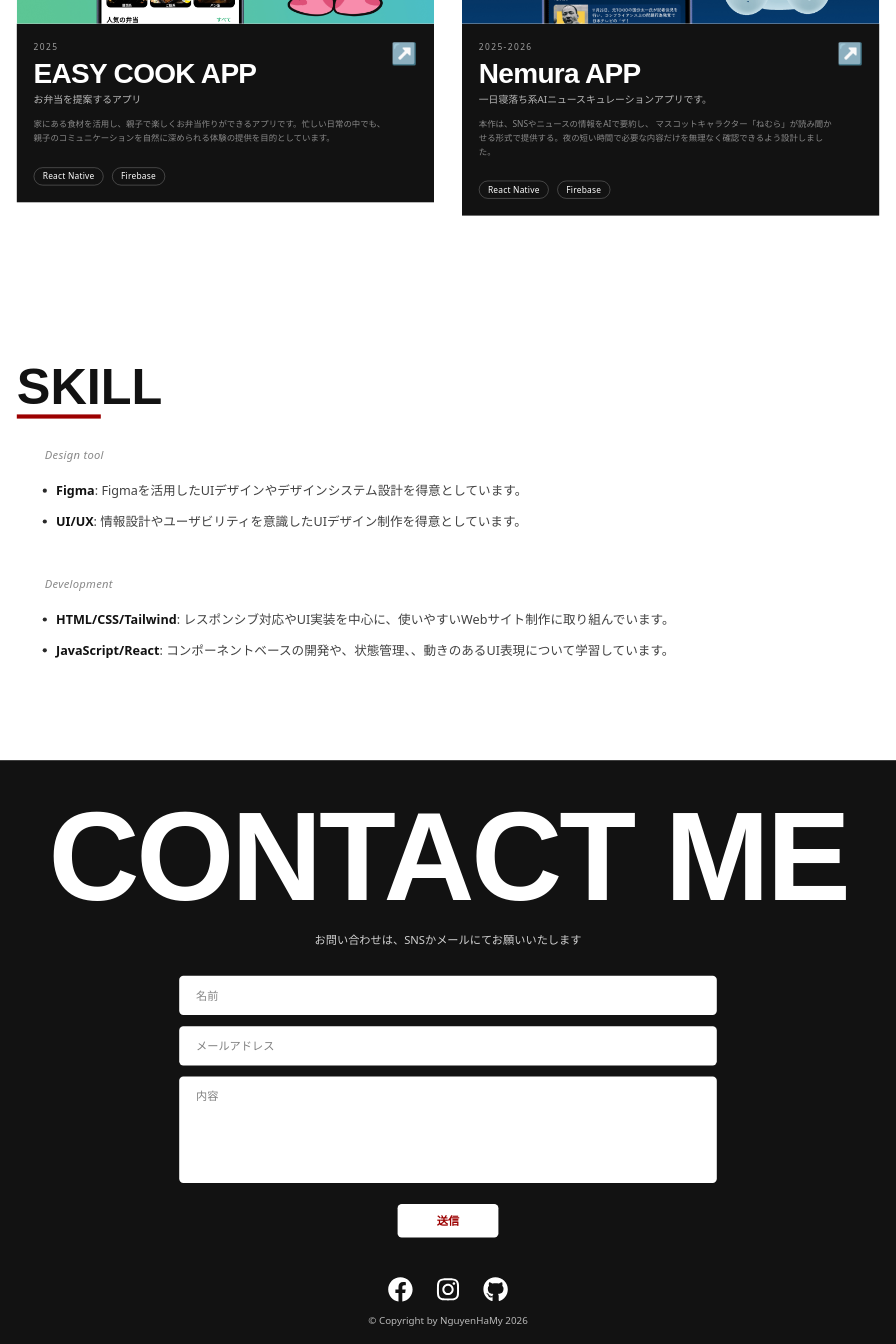
Repository: meme2603/Portfolio-HaMy
Page: / (app in my-portfolio/)
These files come from the project's save history. The page is drawn as it stood at one moment and after the next save; the edit follows.
The browser window is 1280 px wide. The pictures show the part of the page from y = 4290 to 6210 px (the page is 6210 px tall), at 70% of full size.
Some web fonts or font styles are not loaded; a fallback is used. The project was rebuilt for these pictures with package versions that can differ from the ones it lists, and the page was loaded fresh each time. Also part of the build but not shown: my-portfolio/vite.config.js.

Above is the page before, as saved 2026-06-01 16:38:33.

### my-portfolio/index.html
<!doctype html>
<html lang="ja">
  <head>
    <meta charset="UTF-8" />

    <link rel="icon" type="image/png" href="/memex2.png" />
    <meta name="viewport" content="width=device-width, initial-scale=1.0" />
    <title>My Portfolio</title>
    <link rel="preconnect" href="https://fonts.googleapis.com" />
    <link rel="preconnect" href="https://fonts.gstatic.com" crossorigin />
    <link
      href="https://fonts.googleapis.com/css2?family=Akshar:wght@300..700&family=Poppins:wght@300;400;600;700&display=swap"
      rel="stylesheet"
    />
  </head>
  <body>
    <div id="root"></div>

    <script type="module" src="/src/main.jsx"></script>
  </body>
</html>

### my-portfolio/src/main.jsx
import React from "react";
import ReactDOM from "react-dom/client";
import App from "./App";
import "./index.css";

ReactDOM.createRoot(document.getElementById("root")).render(
  <React.StrictMode>
    <App />
  </React.StrictMode>,
);

### my-portfolio/src/App.jsx
import { BrowserRouter as Router, Routes, Route } from "react-router-dom";

import Header from "./components/Header";
import Hero from "./components/Hero";
import About from "./components/About";
import Projects from "./components/Projects";
import Skills from "./components/Skills";
import Contact from "./components/Contact";
function Home() {
  return (
    <>
      <Hero />
      <About />
      <Projects />
      <Skills />
      <Contact />
    </>
  );
}

// 3. Tạo tạm một cái Placeholder để test xem trang chi tiết có chạy khum
function ProjectDetailPlaceholder() {
  return (
    <div className="w-full min-h-screen bg-black text-white flex flex-col items-center justify-center font-akshar pt-24">
      <h1 className="text-4xl md:text-7xl font-bold tracking-[0.2em] mb-4">
        PROJECT DETAIL
      </h1>
      <p className="text-white/60 mb-8 font-light">
        Trang chi tiết dự án của Mini đang được kết nối...
      </p>
      <a
        href="/"
        className="text-red-500 underline text-sm tracking-wider uppercase"
      >
        ← Back to home
      </a>
    </div>
  );
}

function App() {
  return (
    // 4. Bọc thẻ Router ngoài cùng để làm "vũ trụ" định tuyến
    <Router>
      <div className="App">
        {/* Header nằm ngoài Routes để trang nào cũng hiển thị nó */}
        <Header />

        {/* Routes điều hướng: Ở trang nào thì lôi component đó ra */}
        <Routes>
          {/* Khi ở đường dẫn mặc định "/", hiển thị toàn bộ trang chủ */}
          <Route path="/" element={<Home />} />

          {/* Khi click vào project, nhảy sang trang chi tiết tạm thời này */}
          <Route path="/project/:id" element={<ProjectDetailPlaceholder />} />
        </Routes>
      </div>
    </Router>
  );
}

export default App;

### my-portfolio/src/index.css
@import "tailwindcss";
@theme {
  --color-primary: #9c0000;
  --color-background: #fff;
  --color-font: #121212;

  --opacity-overlay: 0.65;
  --opacity-glass: 0.1;

  --font-poppins: "Poppins", sans-serif;
  --font-akshar: "Akshar", sans-serif;
}
html {
  scroll-behavior: smooth;
}

### my-portfolio/src/components/Header.jsx
import { useState } from "react";
function MenuItem({ text }) {
  return (
    <li>
      <a
        href={`#${text.toLowerCase()}`}
        className="text-primary text-xl relative group transition-colors"
      >
        {text}
        <span
          className="
            absolute left-0 -bottom-[4px] w-0 h-[1px] bg-primary
            transition-all duration-300 group-hover:w-full
          "
        ></span>
      </a>
    </li>
  );
}

function Header() {
  const [isOpen, setIsOpen] = useState(false);
  const menuItems = ["About", "Projects", "Contact"];
  return (
    <header className="fixed top-0 left-0 w-full h-24 bg-background border-b border-gray-300 z-60">
      <div className="max-w-7xl mx-auto h-full px-6 flex justify-between items-center">
        <div className="shrink-0">
          <a
            href="/"
            className="text-4xl text-primary font-semibold font-akshar"
          >
            HA MY
          </a>
        </div>

        <nav className="hidden lg:block">
          <ul className="flex space-x-10">
            {menuItems.map((item) => (
              <MenuItem key={item} text={item} />
            ))}
          </ul>
        </nav>

        <button
          onClick={() => setIsOpen(!isOpen)}
          className="block lg:hidden text-primary focus:outline-none z-50"
          aria-label="Menu"
        >
          <svg
            xmlns="http://www.w3.org/2000/svg"
            className="h-8 w-8"
            fill="none"
            viewBox="0 0 24 24"
            stroke="currentColor"
          >
            <path
              strokeLinecap="round"
              strokeLinejoin="round"
              strokeWidth="2"
              d={isOpen ? "M6 18L18 6M6 6l12 12" : "M4 6h16M4 12h16M4 18h16"}
            />
          </svg>
        </button>

        <div
          className={`
            absolute top-24 left-0 w-full bg-background border-b border-gray-300
            flex flex-col items-center shadow-lg lg:hidden
            overflow-hidden transition-all duration-700 ease-in-out
            ${isOpen ? "max-h-96 opacity-100 py-8 space-y-6" : "max-h-0 opacity-0 py-0 space-y-0 border-none"}
          `}
        >
          <div className="flex flex-col items-center w-full py-6 space-y-6">
            <a
              href="#about"
              onClick={() => setIsOpen(false)}
              className="text-primary text-2xl transition-opacity duration-700"
            >
              About
            </a>
            <a
              href="#projects"
              onClick={() => setIsOpen(false)}
              className="text-primary text-2xl transition-opacity duration-700"
            >
              Projects
            </a>
            <a
              href="#contact"
              onClick={() => setIsOpen(false)}
              className="text-primary text-2xl transition-opacity duration-700"
            >
              Contact
            </a>
          </div>
        </div>
      </div>
    </header>
  );
}

export default Header;

### my-portfolio/src/components/About.jsx
import aboutImg from "../assets/about.jpg";
function About() {
  return (
    <section
      id="about"
      className="relative w-full h-auto py-24 bg-background overflow-hidden mt-16"
    >
      <div className="max-w-7xl mx-auto px-6 md:px-10">
        {/* TITLE */}
        <div className="mb-16">
          <h1 className="text-5xl md:text-6xl lg:text-7xl font-bold font-akshar text-font leading-none">
            ABOUT ME
          </h1>

          <div className="w-[80px] md:w-[100px] lg:w-[120px] lg:h-[6px] md:h-[5px] h-[4px] bg-primary mt-1"></div>
        </div>

        {/* CONTENT */}
        <div className="flex flex-col lg:flex-row items-center lg:items-start gap-16">
          {/* LEFT */}
          <div className="w-full lg:w-[380px] shrink-0">
            <div className="bg-white rounded-2xl shadow-md p-5">
              <img
                src={aboutImg}
                alt="About Me"
                className="w-full  h-[300px] object-cover rounded-xl"
              />

              <div className="mt-5">
                <h2 className="text-3xl font-akshar font-bold tracking-wide text-font">
                  NGUYEN THI HA MY
                </h2>

                <p className="text-font/70 text-lg mt-1">2001.03.30</p>
              </div>

              <div className="flex gap-3 mt-6">
                <span className="border border-font rounded-full px-4 py-2 text-sm">
                  UI/UX Designer
                </span>

                <span className="border border-font rounded-full px-4 py-2 text-sm">
                  Design Engineer
                </span>
              </div>
            </div>
          </div>

          {/* RIGHT */}
          <div className="flex-1 max-w-[760px]">
            <h2 className="text-2xl md:text-3xl font-semibold font-akshar text-primary tracking-[4px] mb-8">
              PROFILE!!
            </h2>

            <div className="space-y-6 text-font leading-[2.2] text-sm md:text-base lg:text-lg">
              <p>
                ベトナム出身の
                <span className="font-semibold">
                  グエン ティ ハ ミー（ NGUYEN THI HA MY）
                </span>
                です。
              </p>

              <p>
                現在は専門学校で、
                <span className="font-semibold">デザインやコーディング </span>
                について学びながらWeb制作やフロントエンド技術の基礎を学んでおります。
              </p>

              <p>
                2021年に来日し、最初の1年間は日本語学校で日本語を学びました。
                <br />
                その後、ビジネス専門学校に進学し、日本の文化やビジネスマナー、コミュニケーション力を身につけてまいりました。
                その中で、コンピュータの授業を通して、Webデザインという職業があることを初めて知り、興味を持つようになりました。
              </p>

              <p>
                留学生として日本とベトナム両方の文化に触れてきた経験を活かし、将来はユーザーの多様な視点やニーズを理解し、最適な体験をデザインする
                <span className="font-semibold text-primary text-xl">
                  UI/UXデザイナー
                </span>
                を目指しております。
              </p>
            </div>
          </div>
        </div>
      </div>
    </section>
  );
}
export default About;

### my-portfolio/src/components/Projects.jsx
import ProjectSection from "./ProjectSection";
import { websiteProjects, appProjects } from "./ProjectsData";

function Projects() {
  return (
    <section id="projects" className="pt-20 bg-background">
      <div className="max-w-7xl mx-auto px-6">
        <h1 className="text-5xl md:text-6xl lg:text-7xl font-akshar font-bold text-font">
          PROJECTS
        </h1>
        <div className="w-[80px] md:w-[100px] lg:w-[120px] lg:h-[6px] md:h-[5px] h-[4px] bg-primary mt-1 mb-20"></div>
        <ProjectSection
          title="Website Design"
          description="学校で学んだ知識を活かし、企画からデザイン、コーディングまで一貫して制作したWebプロジェクトです。"
          projects={websiteProjects}
        />
        <ProjectSection
          title="Application Design"
          description="チームプロジェクトとして、企画からUI/UX設計までチームで共同制作したモバイルアプリです。"
          projects={appProjects}
        />
      </div>
    </section>
  );
}

export default Projects;

### my-portfolio/src/components/Skills.jsx
import { skillData } from "./ProjectsData";

function Skill() {
  return (
    <section className="w-full pt-20 pb-16">
      <div className="max-w-7xl mx-auto px-6 pb-10">
        <h2 className="text-5xl md:text-6xl lg:text-7xl font-bold font-akshar text-font leading-none">
          SKILL
        </h2>

        <div className="w-[80px] md:w-[100px] lg:w-[120px] lg:h-[6px] md:h-[5px] h-[4px] bg-primary mt-1"></div>
      </div>

      <div className="max-w-7xl mx-auto px-16 space-y-16">
        {skillData.map((group, index) => (
          <div key={index}>
            <h3 className="text-base font-medium text-font/50 mb-6 tracking-wide italic">
              {group.category}
            </h3>

            <ul className="space-y-4 pl-4">
              {group.skills.map((skill, sIndex) => (
                <li key={sIndex} className="list-disc text-font/90 text-lg">
                  <span className="font-bold text-font">{skill.name}</span>
                  <span className="text-font/80 font-light">
                    : {skill.status} {skill.desc}
                  </span>
                </li>
              ))}
            </ul>
          </div>
        ))}
      </div>
    </section>
  );
}

export default Skill;

### my-portfolio/src/components/Contact.jsx
import { FaFacebook, FaInstagram, FaGithub } from "react-icons/fa";

function Contact() {
  return (
    <section
      id="contact"
      className="bg-font text-background py-6 overflow-hidden mt-20"
    >
      <div className="max-w-7xl mx-auto pt-6">
        <h1
          className="
                text-center
                font-akshar
                font-bold
                leading-none
                tracking-tight
                text-[70px]
                sm:text-[100px]
                md:text-[140px]
                lg:text-[180px]
                "
        >
          CONTACT ME
        </h1>
        <p
          className="
                text-center
                text-sm
                md:text-base
                text-white/80
                mt-4
                mb-10
                "
        >
          お問い合わせは、SNSかメールにてお願いいたします
        </p>
        <form className="max-w-3xl mx-auto">
          <input
            type="text"
            placeholder="名前"
            className="
                    w-full
                    bg-background
                    text-font
                    rounded-md
                    px-6
                    py-4
                    mb-4
                    outline-none
                "
          />
          <input
            type="email"
            placeholder="メールアドレス"
            className="
                    w-full
                    bg-white
                    text-black
                    rounded-md
                    px-6
                    py-4
                    mb-4
                    outline-none
                "
          />
          <textarea
            placeholder="内容"
            rows="5"
            className="
                    w-full
                    bg-white
                    text-black
                    rounded-md
                    px-6
                    py-4
                    outline-none
                    resize-none
                "
          ></textarea>
          <div className="flex justify-center mt-6">
            <button
              className="
                    bg-background
                    text-primary
                    px-14
                    py-3
                    rounded-md
                    font-semibold
                    transition-all
                    duration-300
                    hover:scale-105
                    "
            >
              送信
            </button>
          </div>
        </form>
        <div className="flex justify-center gap-8 mt-14 text-4xl">
          <a href="/" className="hover:scale-110 transition-all duration-300">
            <FaFacebook />
          </a>

          <a href="/" className="hover:scale-110 transition-all duration-300">
            <FaInstagram />
          </a>

          <a href="/" className="hover:scale-110 transition-all duration-300">
            <FaGithub />
          </a>
        </div>

        {/* COPYRIGHT */}
        <p
          className="
                text-center
                text-sm
                text-background/70
                mt-4
                "
        >
          © Copyright by NguyenHaMy 2026
        </p>
      </div>
    </section>
  );
}

export default Contact;

### my-portfolio/src/components/ProjectSection.jsx
import ProjectCard from "./ProjectCard";

function ProjectSection({ title, description, projects }) {
  return (
    <section className="mb-32">
      <h2
        className="
          text-[32px]
          leading-none
          font-bold
          font-akshar
          tracking-tight
          text-primary
        "
      >
        {title}
      </h2>

      <p
        className="
          mt-4
          text-font/70
          leading-relaxed
        "
      >
        {description}
      </p>

      <div className="grid grid-cols-1 md:grid-cols-2 gap-10 mt-14">
        {projects.slice(0, 4).map((project, index) => (
          <ProjectCard
            id={project.id}
            key={index}
            year={project.year}
            title={project.title}
            titleJP={project.titleJP}
            description={project.desc}
            tags={project.tags}
            image={project.img}
          />
        ))}
      </div>
    </section>
  );
}

export default ProjectSection;

### my-portfolio/src/components/ProjectCard.jsx
import { Link } from "react-router-dom";

// ProjectCard = component dùng để hiển thị 1 project card
function ProjectCard({ id, year, title, titleJP, description, tags, image }) {
  return (
    <Link to={`/project/${id}`} className="block group">
      <div className="group cursor-pointer ">
        <div className="overflow-hidden bg-font">
          <img
            src={image}
            alt={title}
            className="
            w-full
            object-cover
            transition-all
            duration-500
            group-hover:scale-105
            group-hover:opacity-90
          "
          />
        </div>

        {/* INFO */}
        <div className="bg-font text-background px-6 py-6 ">
          <div className="flex items-start justify-between">
            <div>
              {/* ĐIỀN NĂM VÀO ĐÂY */}
              <p className="text-[12px] tracking-[2px] text-background/60 ">
                {year}
              </p>

              {/* ĐIỀN TIÊU ĐỀ VÀO ĐÂY */}
              <h3
                className="
                text-[40px]
                leading-none
                font-bold
                font-akshar
                tracking-tight
                mt-2
              "
              >
                {title}
              </h3>

              {/* ĐIỀN TIẾNG NHẬT VÀO ĐÂY */}
              <p className="text-sm text-background/70 mt-2">{titleJP}</p>

              {/* ĐIỀN MÔ TẢ VÀO ĐÂY */}
              <p className="text-xs text-background/50 leading-relaxed mt-4">
                {description}
              </p>
            </div>

            <div
              className="
              text-3xl
              transition-transform
              duration-300
              group-hover:translate-x-1
              group-hover:-translate-y-1
            "
            >
              ↗
            </div>
          </div>

          {/* BOTTOM - CHỖ NÀY ĐỂ HIỆN TAGS TỰ ĐỘNG NÈ */}
          <div className="mt-8 flex items-center gap-3 flex-wrap">
            {tags &&
              tags.map((tag, index) => (
                <span
                  key={index}
                  className="
                border
                border-background/30
                rounded-full
                px-3
                py-1
                text-xs
                tracking-wide
              "
                >
                  {tag}
                </span>
              ))}
          </div>
        </div>
      </div>
    </Link>
  );
}

export default ProjectCard;

Loaded but not shown: my-portfolio/src/components/ProjectsData.js (102 lines, source omitted); my-portfolio/src/components/Hero.jsx (134 lines, source omitted)

After the next save:
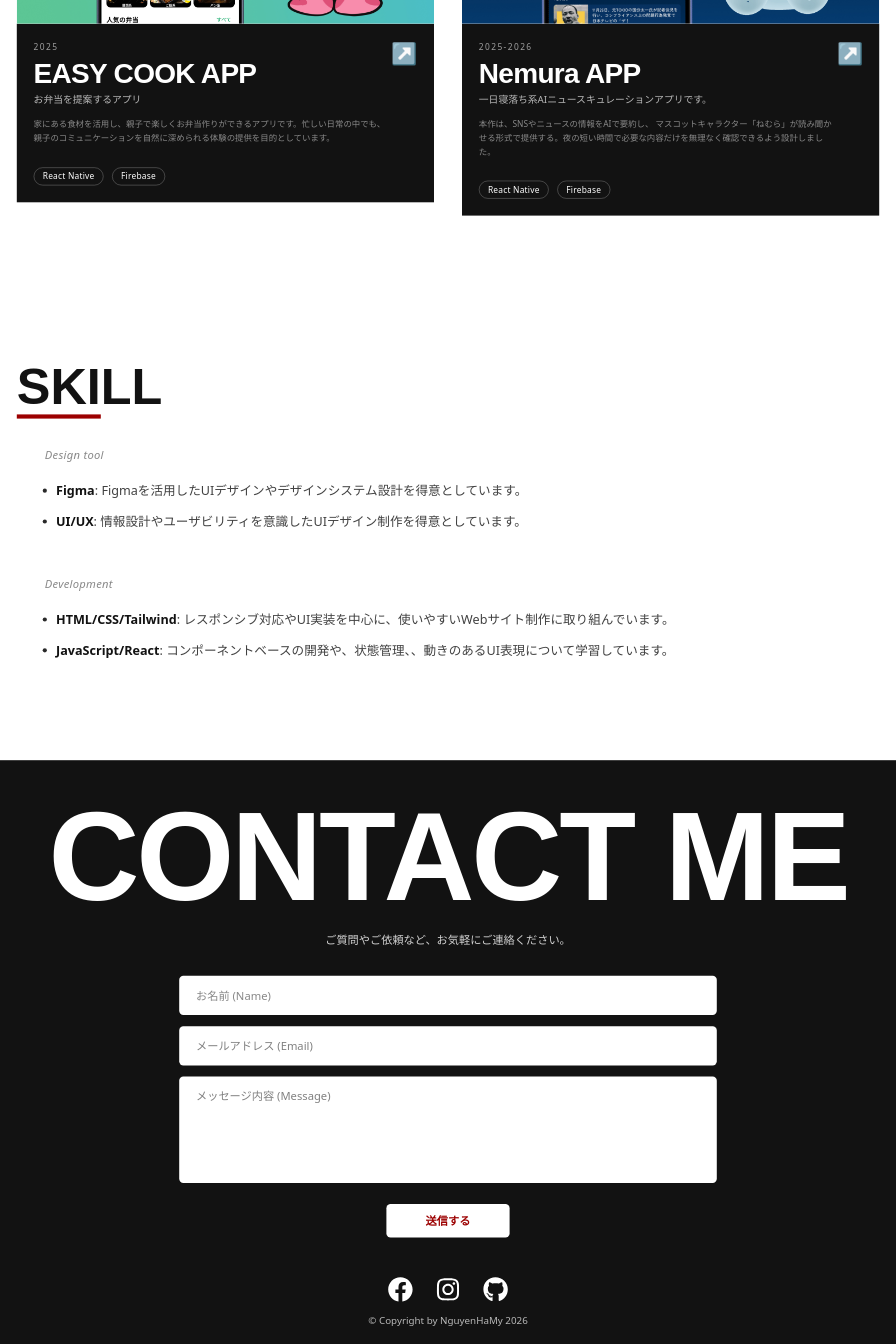
Saved 33 h 55 min later.
--- a/my-portfolio/src/components/Contact.jsx
+++ b/my-portfolio/src/components/Contact.jsx
@@ -32,12 +32,21 @@ function Contact() {
                 mb-10
                 "
         >
-          お問い合わせは、SNSかメールにてお願いいたします
+          ご質問やご依頼など、お気軽にご連絡ください。
         </p>
-        <form className="max-w-3xl mx-auto">
+
+        {/* 1. Bổ sung action link Formspree và method POST vào đây */}
+        <form
+          action="https://formspree.io/f/xnjzqegr"
+          method="POST"
+          className="max-w-3xl mx-auto px-6 md:px-0"
+        >
+          {/* Ô nhập tên: Thêm name="name" và required */}
           <input
             type="text"
-            placeholder="名前"
+            name="name"
+            placeholder="お名前 (Name)"
+            required
             className="
                     w-full
                     bg-background
@@ -49,9 +58,12 @@ function Contact() {
                     outline-none
                 "
           />
+          {/* Ô nhập Email: Thêm name="email" và required */}
           <input
             type="email"
-            placeholder="メールアドレス"
+            name="email"
+            placeholder="メールアドレス (Email)"
+            required
             className="
                     w-full
                     bg-white
@@ -63,8 +75,10 @@ function Contact() {
                     outline-none
                 "
           />
+          {/* Ô nhập nội dung: Thêm name="message" */}
           <textarea
-            placeholder="内容"
+            name="message"
+            placeholder="メッセージ内容 (Message)"
             rows="5"
             className="
                     w-full
@@ -77,8 +91,11 @@ function Contact() {
                     resize-none
                 "
           ></textarea>
+
+          {/* Nút gửi: Đảm bảo có type="submit" để kích hoạt gửi form */}
           <div className="flex justify-center mt-6">
             <button
+              type="submit"
               className="
                     bg-background
                     text-primary
@@ -91,10 +108,12 @@ function Contact() {
                     hover:scale-105
                     "
             >
-              送信
+              送信する
             </button>
           </div>
         </form>
+
+        {/* Giữ nguyên các nút mạng xã hội của bà */}
         <div className="flex justify-center gap-8 mt-14 text-4xl">
           <a href="/" className="hover:scale-110 transition-all duration-300">
             <FaFacebook />
